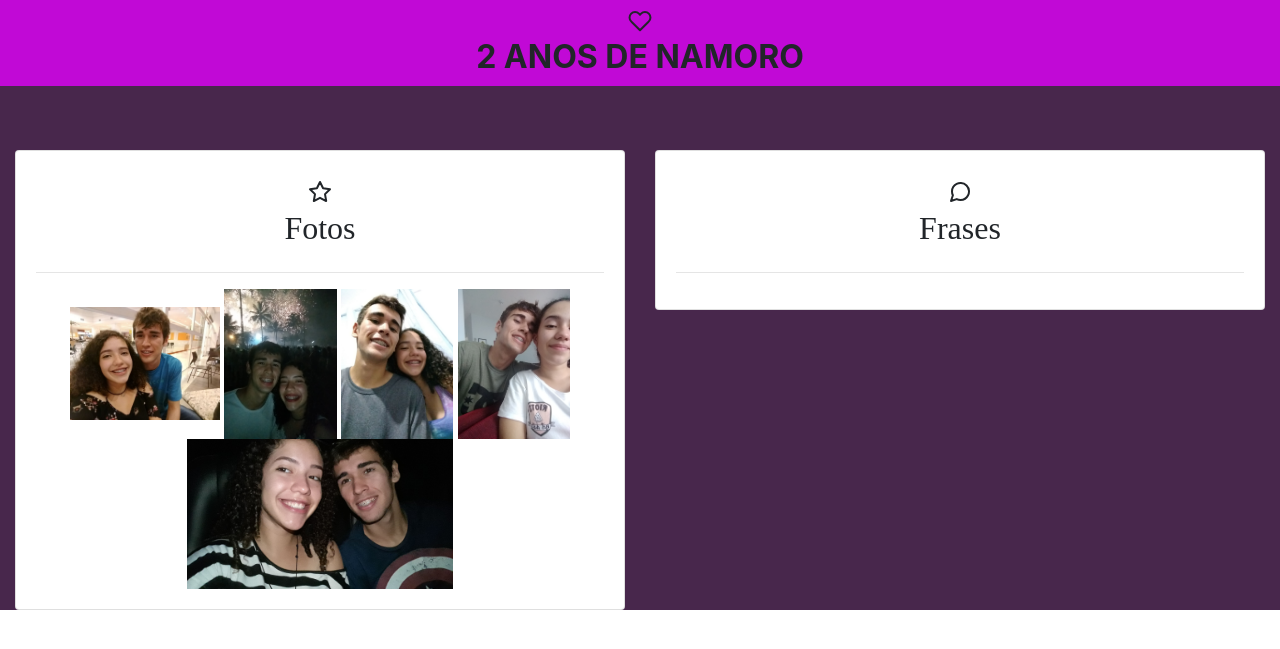
Repository: MeuAmor/meuamor.github.io
Page: index.html
These files come from the project's save history. The page is drawn as it stood at one moment and after the next save; the edit follows.
The browser window is 1280 px wide. The pictures show the whole page.

Above is the page before, as saved 2019-08-20 23:06:20.

### index.html
<!DOCTYPE html>
<html lang="pt">
<head>
  <title>2 ANOS</title>
  <meta charset="utf-8">
  <meta name="viewport" content="width=device-width, initial-scale=1">
  <link rel="stylesheet" href="assets/css/bootstrap4.1/bootstrap.min.css">
  <script src="assets/js/jquery.3.3.1.min.js"></script>
  <script src="assets/js/bootstrap4.1/popper.min.js"></script>
	<script src="assets/js/bootstrap4.1/bootstrap.min.js"></script>
	<!-- <style>
			hr {
				margin-top: 1rem;
				margin-bottom: 1rem;
				border: 5;
				border-top: 1px solid rgba(0, 0, 0, 0.1);
			}
		</style> -->
</head>
<body class="container-fluid">


	<div class="row" style="background:#c109d6">
		<div class="col-md-12 text-left">
			<h2>
                <!-- <svg xmlns="http://www.w3.org/2000/svg" width="24" height="24" viewBox="0 0 24 24" fill="none" stroke="currentColor"
                        stroke-width="2" stroke-linecap="round" stroke-linejoin="round" class="feather feather-heart">
                    <path d="M20.84 4.61a5.5 5.5 0 0 0-7.78 0L12 5.67l-1.06-1.06a5.5 5.5 0 0 0-7.78 7.78l1.06 1.06L12 21.23l7.78-7.78 1.06-1.06a5.5 5.5 0 0 0 0-7.78z"/>
                </svg> -->
                <div class="text-center">

                    <svg xmlns="http://www.w3.org/2000/svg" width="24" height="24" viewBox="0 0 24 24" fill="none" stroke="currentColor"
                            stroke-width="2" stroke-linecap="round" stroke-linejoin="round" class="feather feather-heart">
                        <path d="M20.84 4.61a5.5 5.5 0 0 0-7.78 0L12 5.67l-1.06-1.06a5.5 5.5 0 0 0-7.78 7.78l1.06 1.06L12 21.23l7.78-7.78 1.06-1.06a5.5 5.5 0 0 0 0-7.78z"/>
                    </svg>
                </div>
                <div class="text-center" >

                    <b>2 ANOS DE NAMORO </b>
                </div>
            </h2>
		</div>
		<div class="col-md-6 " id="redes_sociais">
			<!-- <a style="margin:10px;" class="btn btn-info btn-xs float-right" href="http://www.linkedin.com/in/leonardo-bernardes-da-silva-a8869b132">
				<svg xmlns="http://www.w3.org/2000/svg" width="24" height="24" viewBox="0 0 24 24" fill="none" stroke="currentColor" stroke-width="2" stroke-linecap="round" stroke-linejoin="round" class="feather feather-linkedin">
					<path d="M16 8a6 6 0 0 1 6 6v7h-4v-7a2 2 0 0 0-2-2 2 2 0 0 0-2 2v7h-4v-7a6 6 0 0 1 6-6z"></path><rect x="2" y="9" width="4" height="12"></rect>
					<circle cx="4" cy="4" r="2"></circle></svg>	LinkedIn</a>
				<a style="margin:10px;" class="btn btn-primary btn-xs float-right" href="http://www.facebook.com/lezinho.bernardes">
					<svg xmlns="http://www.w3.org/2000/svg" width="24" height="24" viewBox="0 0 24 24" fill="none" stroke="currentColor" stroke-width="2" stroke-linecap="round" stroke-linejoin="round" class="feather feather-facebook">
						<path d="M18 2h-3a5 5 0 0 0-5 5v3H7v4h3v8h4v-8h3l1-4h-4V7a1 1 0 0 1 1-1h3z"></path>
					</svg>
					LinkedIn
				</a>  -->
		</div>


</div>
<div class="row" style="background:#48274c;min-height: 500px;">

	<!-- <hr> -->
	<!-- <p style="margin: 10px;">
		<a class="btn btn-dark" data-toggle="collapse" href="#multiCollapseExample1" role="button" aria-expanded="false" aria-controls="multiCollapseExample1">Toggle first element</a>
		<button class="btn btn-dark" type="button" data-toggle="collapse" data-target="#multiCollapseExample2" aria-expanded="false" aria-controls="multiCollapseExample2">Toggle second element</button>
		<button class="btn btn-dark" type="button" data-toggle="collapse" data-target=".multi-collapse" aria-expanded="false" aria-controls="multiCollapseExample1 multiCollapseExample2">Toggle both elements</button> -->
	<!-- </p> -->


	<div class="col-md-6" style="margin-top: 5%;">
		<div class="card card-body">
            <h2>
                <div class="text-center">

                    <svg xmlns="http://www.w3.org/2000/svg" width="24" height="24" viewBox="0 0 24 24"
                        fill="none" stroke="currentColor" stroke-width="2" stroke-linecap="round" stroke-linejoin="round"
                        class="feather feather-star">
                        <polygon points="12 2 15.09 8.26 22 9.27 17 14.14 18.18 21.02 12 17.77 5.82 21.02 7 14.14 2 9.27 8.91 8.26 12 2"/>
                    </svg>
                </div>
                <div class="text-center" style="font-family: 'Times New Roman', Times, serif">

                    Fotos
                </div>
            </h2>
            <hr>
            <div>

                <!-- <svg xmlns="http://www.w3.org/2000/svg" width="24" height="24" viewBox="0 0 24 24">
                    <path d="M8.59 16.59L13.17 12 8.59 7.41 10 6l6 6-6 6-1.41-1.41z"/>
                    <path fill="none" d="M0 0h24v24H0V0z"/>
                </svg>
                Primeira foto juntos<br> -->
                <div class="text-center">
                    <img src="imagens/primeira_foto.jpg" alt="Primeira Foto" width="150px;">
                    <img src="imagens/segunda_foto.jpg" alt="Segunda Foto" height="150px;">
                    <img src="imagens/terceira_foto.jpg" alt="Terceira Foto" height="150px;">
                    <img src="imagens/quarta_foto.jpg" alt="Quarta Foto" height="150px;">
                    <img src="imagens/2.jpg" alt="" height="150px;">

                </div>
                <!-- <br>
                <svg xmlns="http://www.w3.org/2000/svg" width="24" height="24" viewBox="0 0 24 24">
                    <path d="M8.59 16.59L13.17 12 8.59 7.41 10 6l6 6-6 6-1.41-1.41z"/>
                    <path fill="none" d="M0 0h24v24H0V0z"/>
                </svg>
                1º Dia dos Namorados<br>
                <div class="text-center">


                </div>
                <br>


                <svg xmlns="http://www.w3.org/2000/svg" width="24" height="24" viewBox="0 0 24 24">
                    <path d="M8.59 16.59L13.17 12 8.59 7.41 10 6l6 6-6 6-1.41-1.41z"/>
                    <path fill="none" d="M0 0h24v24H0V0z"/>
                </svg> 2º Dia dos Namorados -->

            </div>
		</div>
	</div>
	<div class="col-md-6" style="margin-top: 5%;">
		<div class="card card-body">
            <h2 style="text-align:center;">
                <div class="text-center">

                    <svg xmlns="http://www.w3.org/2000/svg" width="24" height="24" viewBox="0 0 24 24" fill="none" stroke="currentColor" stroke-width="2" stroke-linecap="round" stroke-linejoin="round" class="feather feather-message-circle">
                    <path d="M21 11.5a8.38 8.38 0 0 1-.9 3.8 8.5 8.5 0 0 1-7.6 4.7 8.38 8.38 0 0 1-3.8-.9L3 21l1.9-5.7a8.38 8.38 0 0 1-.9-3.8 8.5 8.5 0 0 1 4.7-7.6 8.38 8.38 0 0 1 3.8-.9h.5a8.48 8.48 0 0 1 8 8v.5z"/></svg>
                </div>
                <div class="text-center" style="font-family: 'Times New Roman', Times, serif">
                    Frases
                </div>
            </h2>
			<hr>
            <div class="row">


            </div>
        </div>

	</div>

</div>
</body>
</html>

Loaded but not shown: assets/css/bootstrap4.1/bootstrap.min.css (library); assets/js/jquery.3.3.1.min.js (library); assets/js/bootstrap4.1/popper.min.js (library); assets/js/bootstrap4.1/bootstrap.min.js (library)

After the next save:
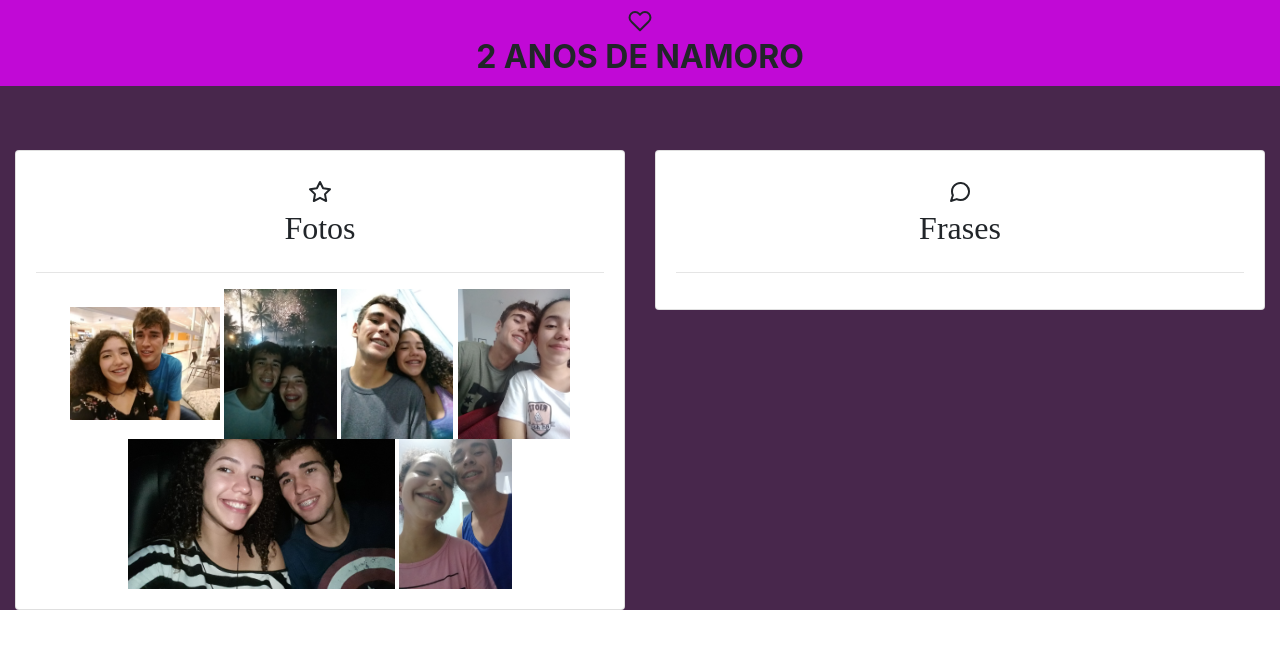
Saved 18 s later.
--- a/index.html
+++ b/index.html
@@ -95,7 +95,7 @@
                     <img src="imagens/terceira_foto.jpg" alt="Terceira Foto" height="150px;">
                     <img src="imagens/quarta_foto.jpg" alt="Quarta Foto" height="150px;">
                     <img src="imagens/2.jpg" alt="" height="150px;">
-
+                    <img src="imagens/3.jpg" alt="" height="150px;">
                 </div>
                 <!-- <br>
                 <svg xmlns="http://www.w3.org/2000/svg" width="24" height="24" viewBox="0 0 24 24">
